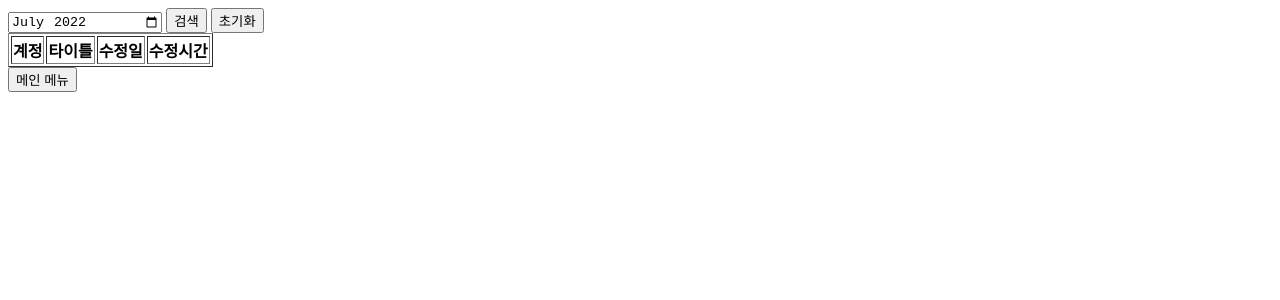
Repository: Rysdne/01_Java
Page: http://localhost/WildcatTest/list/listAll.jsp
An editor plug-in stored every save of this project. The page is shown before and after the next save, followed by the edit.
The browser window is 1280 px wide. The pictures show the whole page.
The page is served by Tomcat 9. Queries for data that is not in the repository find no rows.

Above is the page before, as saved 2022-07-14 08:23:27.

After the next save:
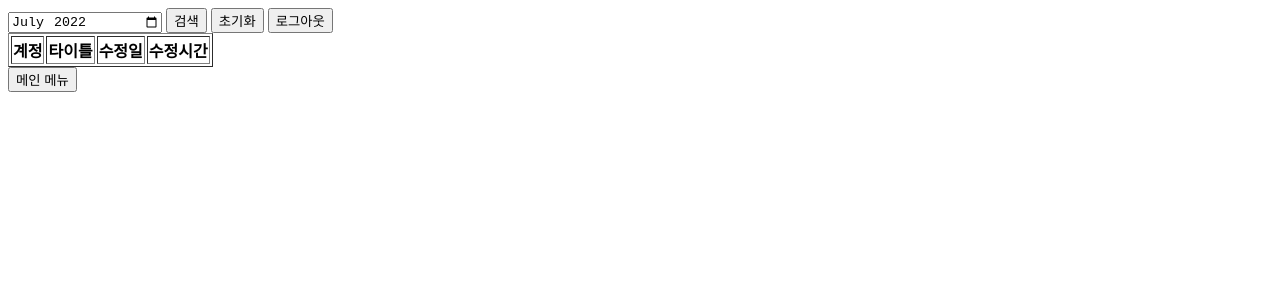
Saved 18 s later.
--- a/WildcatTest/src/main/webapp/list/listAll.jsp
+++ b/WildcatTest/src/main/webapp/list/listAll.jsp
@@ -84,6 +84,7 @@ a {
 		<input type="month" id="month" name="month"> <input
 			type="button" id="listMonth" value="검색">
 		<button onclick="location.href='listAll.jsp'">초기화</button>
+		<button onclick='location.href="/WildcatTest/login/logout.jsp"'>로그아웃</button>
 	</div>
 	<table border="1">
 		<tr class="idxHidden">
